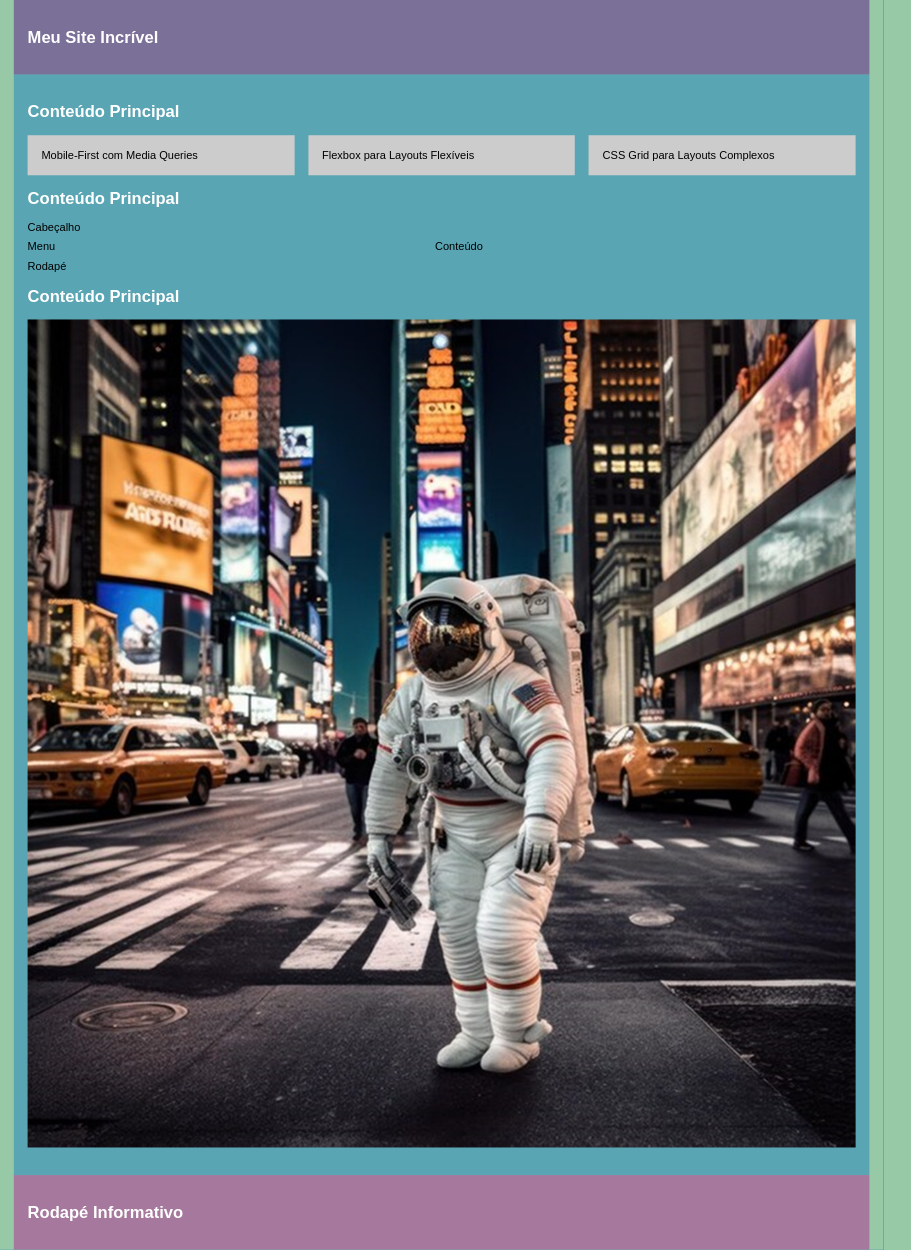
Repository: douglasabnovato/model-lp
Page: index.html
An editor plug-in stored every save of this project. The page is shown before and after the next save, followed by the edit.
The browser window is 1280 px wide. The page is 1280 px wide, then 1320 px, so the pictures cover 1320 px, including what lies to the right of the window. The pictures show the whole page, at 69% of full size.

Above is the page before, as saved 2025-02-25 11:21:50.

### index.html
<!DOCTYPE html>
<html lang="pt-br">
  <head>
    <meta charset="UTF-8" />
    <meta name="viewport" content="width=device-width, initial-scale=1.0" />
    <title>Filmes Épicos</title>
    <link rel="stylesheet" type="text/css" href="./style.css" />
  </head>
  <body>
    <header>
      <h2>Meu Site Incrível</h2>
    </header>
    <main>
      <h2>Conteúdo Principal</h2>
      <div class="container">
        <div class="item">Mobile-First com Media Queries</div>
        <div class="item">Flexbox para Layouts Flexíveis</div>
        <div class="item">CSS Grid para Layouts Complexos</div>
      </div>

      <h2>Conteúdo Principal</h2>
      <div class="grid-container">
        <div class="grid-item">Cabeçalho</div>
        <div class="grid-item">Menu</div>
        <div class="grid-item">Conteúdo</div>
        <div class="grid-item">Rodapé</div>
      </div>

      <h2>Conteúdo Principal</h2>
      <div class="grid-container">
        <img
          src="./assets/astronauta-1200.jpg"
          alt="Astronauta"
        />
      </div>
    </main>
    <footer>
      <h2>Rodapé Informativo</h2>
    </footer>
  </body>
</html>

### style.css
/* Estilos base para mobile */
body {
  font-family: Arial, sans-serif;
  margin: 0;
  background-color: #65691c77;
}

h2 {
  color: white;
}

header,
main,
footer {
  padding: 20px;
}

header {
  background-color: #5b0a8777;
}

main {
  background-color: #157bc077;
}

.container {
  display: flex;
  flex-wrap: wrap;
  gap: 20px;
}

.item {
  background-color: #ccc;
  flex: 1 1 200px;
  padding: 20px;
  box-sizing: border-box;
}

.grid-container {
  display: grid;
  grid-template-areas:
    "header header"
    "menu content"
    "footer footer";
  grid-gap: 10px;
}

.grid-item:nth-child(1) {
  grid-area: header;
}

.grid-item:nth-child(2) {
  grid-area: menu;
}

.grid-item:nth-child(3) {
  grid-area: content;
}

.grid-item:nth-child(4) {
  grid-area: footer;
}

footer {
  background-color: #b81b9377;
}

/* Media Query para telas maiores */
@media (min-width: 768px) {
  body {
    background-color: #238d4377;
  }

  header,
  main,
  footer {
    max-width: 1200px;
    margin: 0 auto;
  }
}

After the next save:
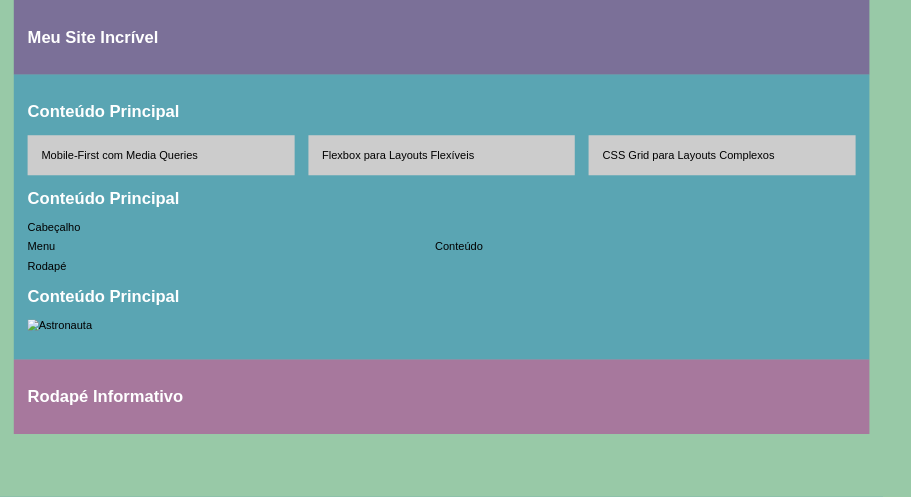
Not found: astronauta-1200.jpg
Saved 19 s later.
--- a/index.html
+++ b/index.html
@@ -30,6 +30,7 @@
       <div class="grid-container">
         <img
           src="./assets/astronauta-1200.jpg"
+          srcset="astronauta-768.jpg 768w, astronauta-1200.jpg 1200w"
           alt="Astronauta"
         />
       </div>

After the save that followed:
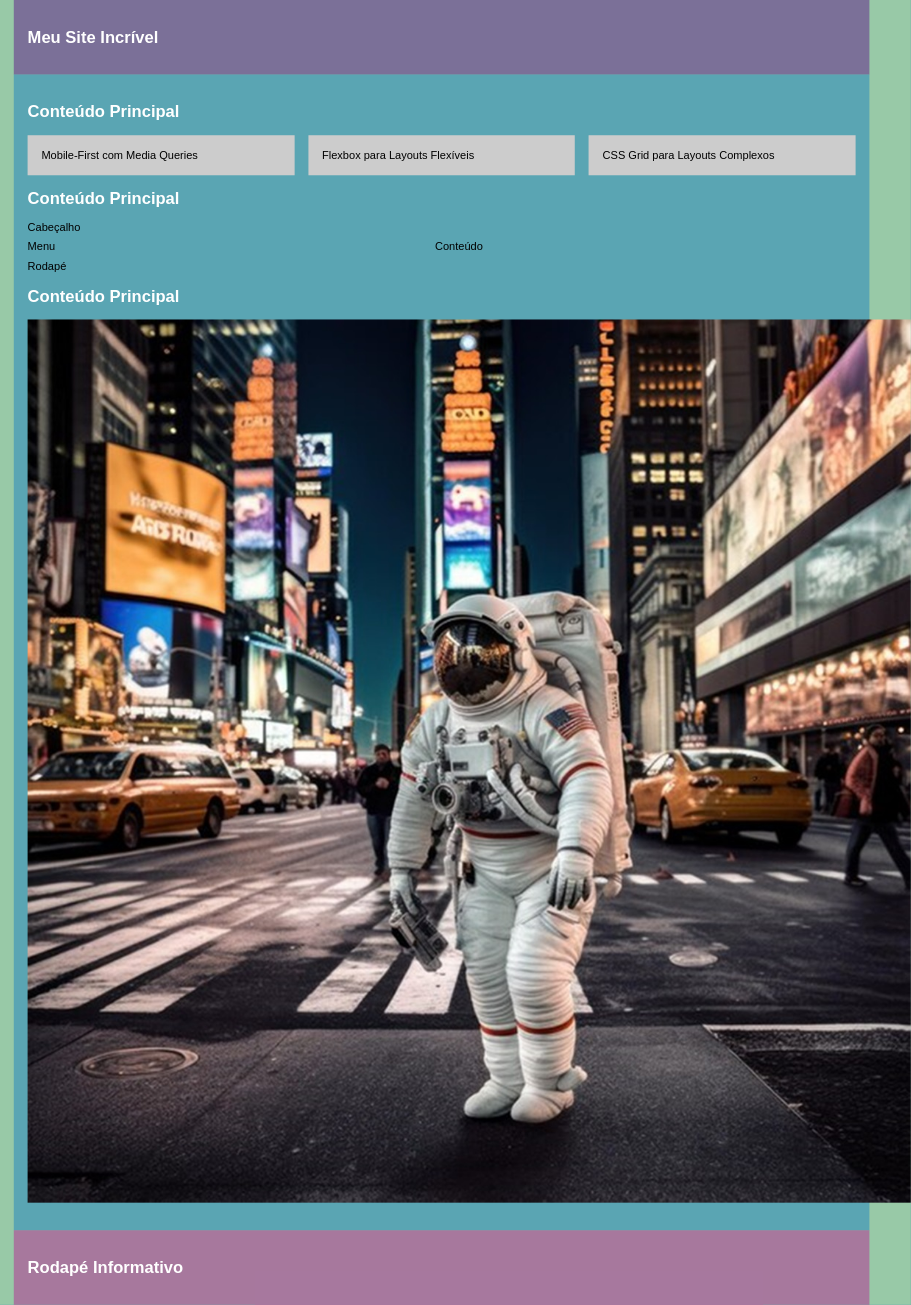
Saved 10 s later.
--- a/index.html
+++ b/index.html
@@ -30,7 +30,7 @@
       <div class="grid-container">
         <img
           src="./assets/astronauta-1200.jpg"
-          srcset="astronauta-768.jpg 768w, astronauta-1200.jpg 1200w"
+          srcset="./assets/astronauta-768.jpg 768w, ./assets/astronauta-1200.jpg 1200w"
           alt="Astronauta"
         />
       </div>
